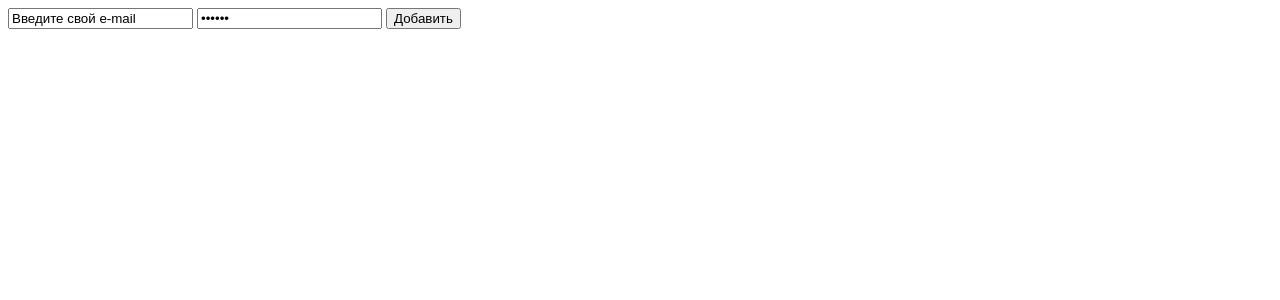
Repository: ennjamusic/projects
Page: mail-registration/src/main/webapp/add.html
An editor plug-in stored every save of this project. The page is shown before and after the next save, followed by the edit.
The browser window is 1280 px wide. The pictures show the whole page.

Above is the page before, as saved 2017-07-20 06:13:15.

After the next save:
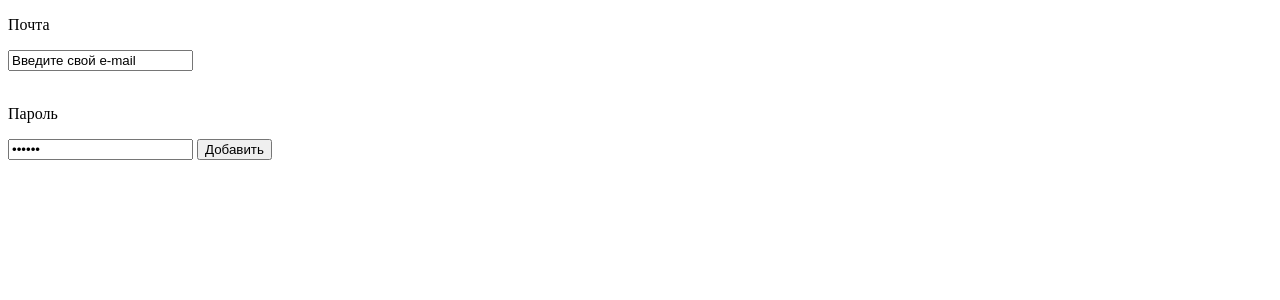
Saved 80 s later.
--- a/mail-registration/src/main/webapp/add.html
+++ b/mail-registration/src/main/webapp/add.html
@@ -8,7 +8,11 @@
 	</head>
 	<body>
 		<div class="main_wrapper">
+			<p>Почта</p>
 			<input type="text" class="name" value="Введите свой e-mail"/>
+			<br/>
+			<br/>
+			<p>Пароль</p>
 			<input type="password" class="pass" value="Пароль"/>
 			<button class="button">Добавить</button>
 		</div>
